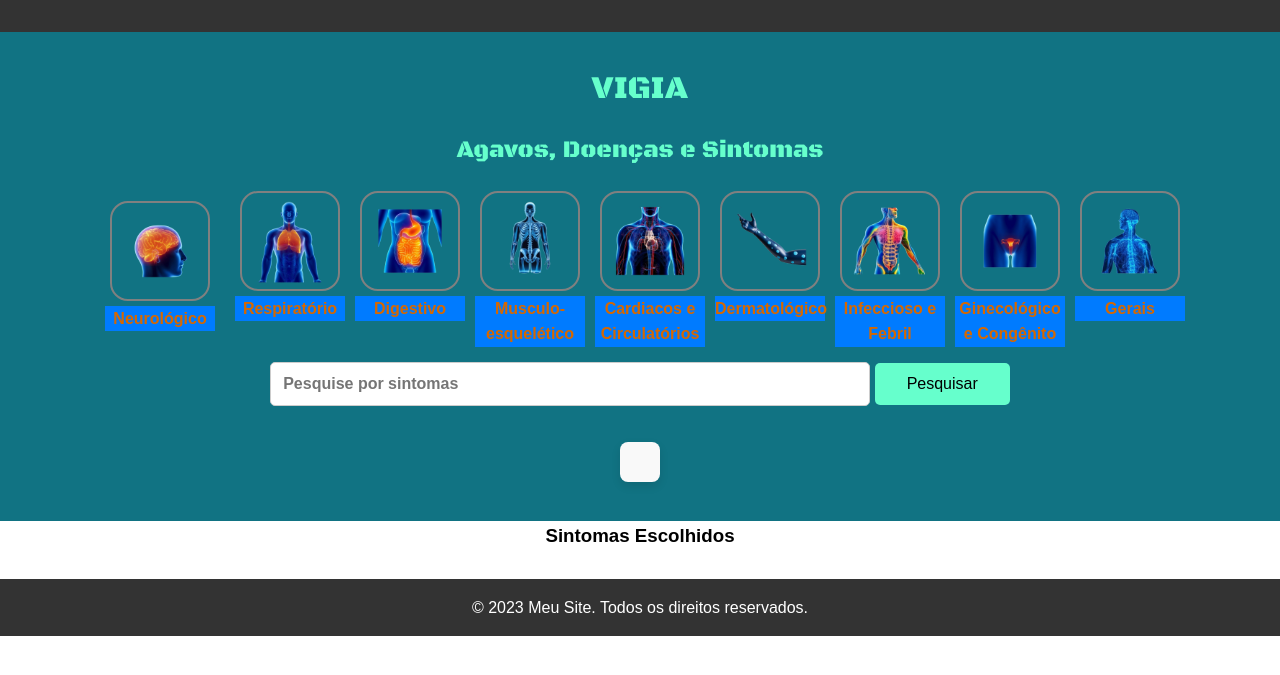
Repository: br-on/vigia
Page: index.html
An editor plug-in stored every save of this project. The page is shown before and after the next save, followed by the edit.
The browser window is 1280 px wide. The pictures show the whole page.
The pointer rests on the first visible `.grupo`.
Some web fonts or font styles are not loaded; a fallback is used.

Above is the page before, as saved 2024-09-15 17:02:04.

After the next save:
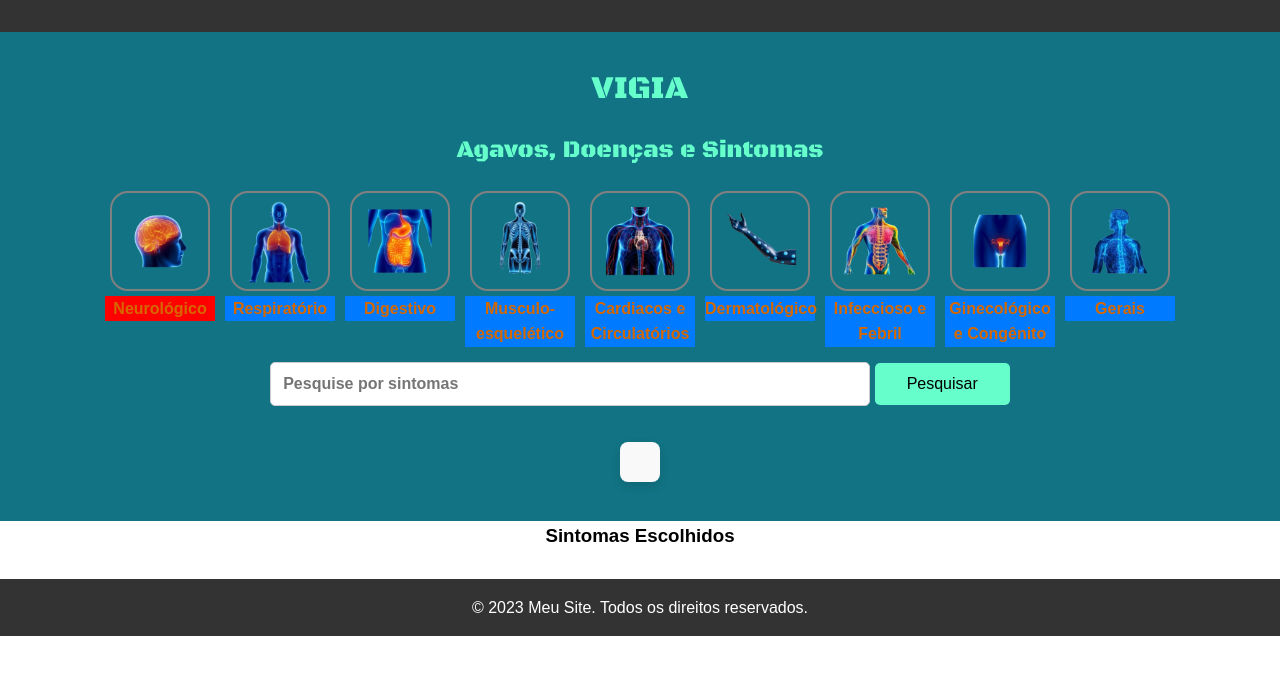
Saved 53 s later.
--- a/assets/style/style.css
+++ b/assets/style/style.css
@@ -268,8 +268,9 @@ footer {
 
 .grupo:hover {
     cursor: pointer;
-    margin: 5px;
-    padding: 5px;
+    .nome-grupo {
+        background-color: red;
+    }
 }
 .grupo-sintoma {
     display: flex;
